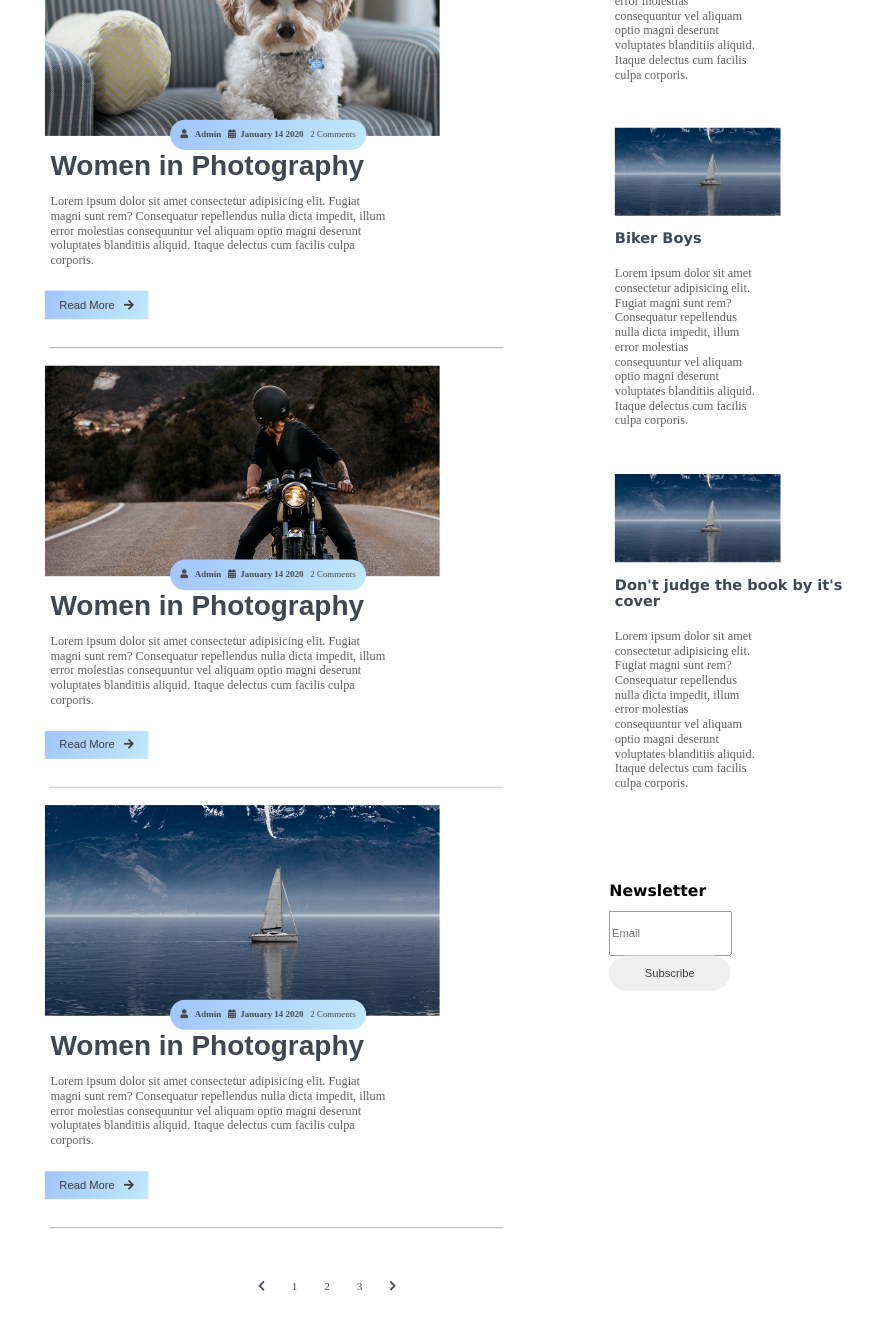
Repository: premjawaharp/Blogsite
Page: index.html
An editor plug-in stored every save of this project. The page is shown before and after the next save, followed by the edit.
The browser window is 1280 px wide. The pictures show the part of the page from y = 2033 to 3953 px (the page is 3953 px tall), at 70% of full size.

Above is the page before, as saved 2020-09-16 21:23:45.

After the next save:
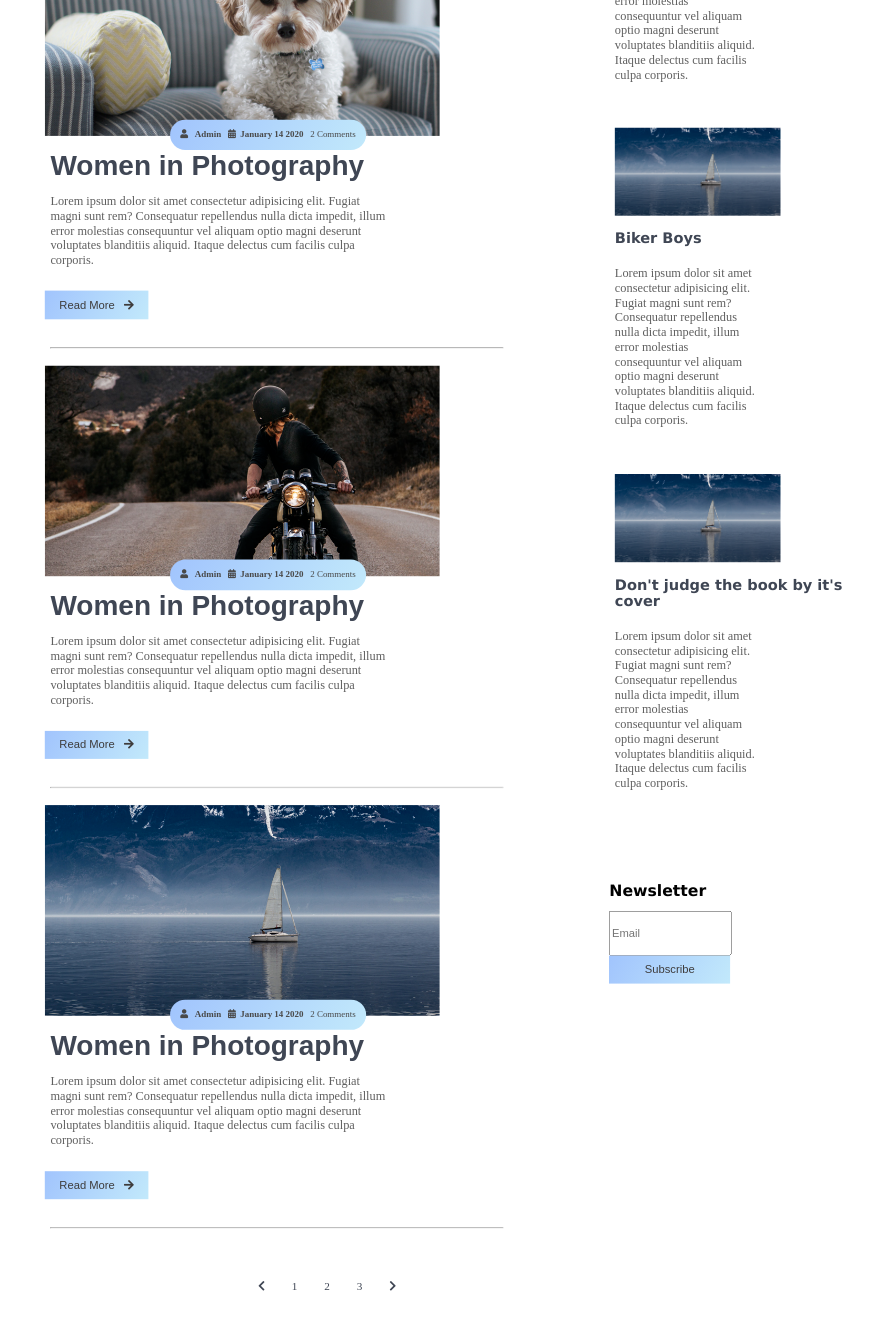
Saved 69 s later.
--- a/css/style.css
+++ b/css/style.css
@@ -405,7 +405,7 @@ main .post-content .post-btn {
     width: 50%;
     flex-direction: column;
 }
-main .post-content .post-btn {
+main .news-letter .news-form .new-form-btn {
     border-radius: 0;
     padding: .7rem 1.3rem;
     margin-left: 0rem;
